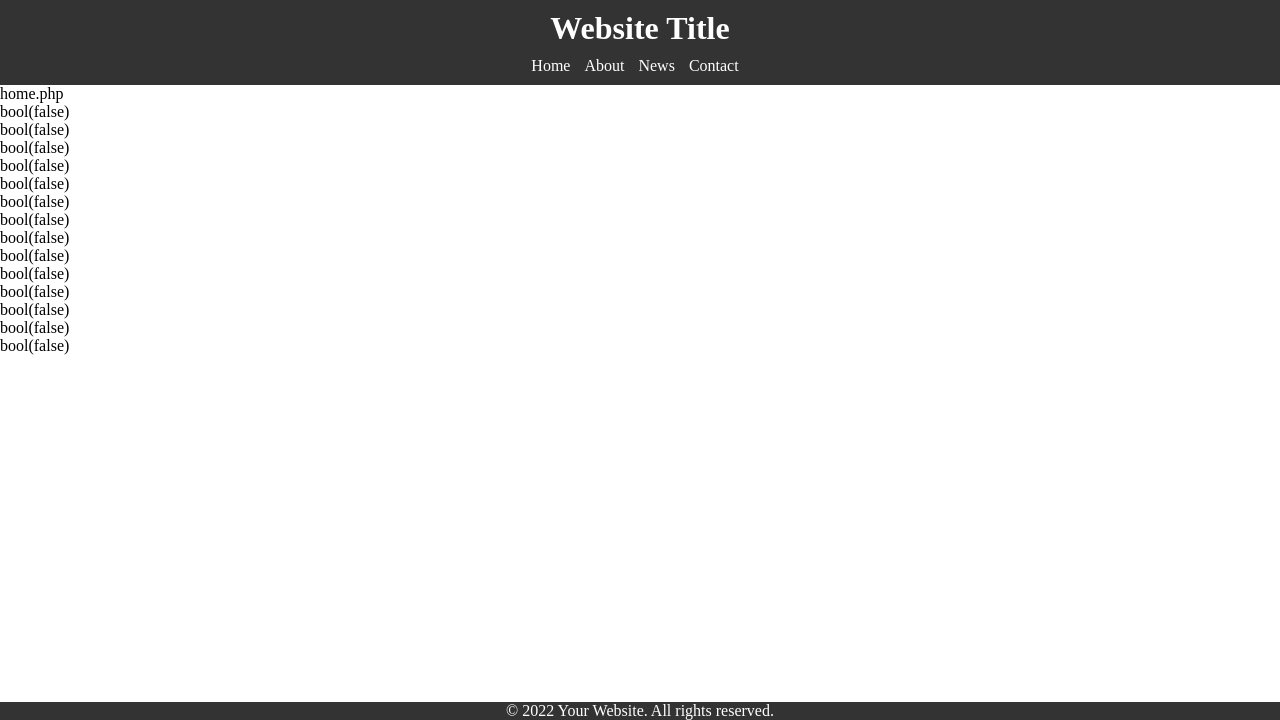
Repository: KHANHD192/Docker_lab
Page: http://localhost/?file=home.php
An editor plug-in stored every save of this project. The page is shown before and after the next save, followed by the edit.
The browser window is 1280 px wide. The pictures show the whole page.
The page is run by PHP 8.4 with error messages shown; the project is at /var/www/html/.

Above is the page before, as saved 2024-04-08 17:04:50.

### src/index.php
<!DOCTYPE html>
<html lang="en">
<head>
    <meta charset="UTF-8">
    <meta name="viewport" content="width=device-width, initial-scale=1.0">
    <title>Header</title>
    <!-- Định nghĩa CSS cho header -->
    <style>
        *{
            padding:0;
            margin:0;
        }


        header {
            background-color: #333;
            color: #fff;
            padding: 10px;
            text-align: center;
        }

        nav {
            text-align: center;
            margin-top: 10px;
        }

        nav ul {
            list-style-type: none;
            padding: 0;
            margin: 0;
        }

        nav ul li {
            display: inline;
            margin-right: 10px;
        }

        nav ul li a {
            color: #fff;
            text-decoration: none;
        }

        nav ul li a:hover {
            text-decoration: underline;
        }
        footer {
            background-color: #333;
            color: #fff;
            text-align: center;
            position: fixed;
            bottom: 0;
            width: 100%;
        }
    </style>
</head>
<body>
<header>
        <h1>Website Title</h1>
        <nav>
            <ul>
                <li><a href="?file=home.php">Home</a></li>
                <li><a href="?file=about.php">About</a></li>
                <li><a href="?file=news.php">News</a></li>
                <li><a href="?file=contact.php">Contact</a></li>
            </ul>
        </nav>
    </header>
    <content>
        <?php
        // check empty
        // print_r(($_GET));
        if(!empty($_GET["file"])){
            $black_list= array(
                "/etc/issue",
                "/etc/passwd",
                "/etc/shadow",
                "/etc/group",
                "/etc/hosts",
                "/etc/motd",
                "/proc/self/environ",
                "/proc/version",
                "/proc/cmdline",
                "/proc/sched_debug",
                "/proc/mounts",
                "/proc/net/arp",
                "/proc/net/route",
                "/proc/net/tcp"
            );
        $path =str_replace("../","",$_GET['file']);
        echo $path;
        foreach($black_list as $item){
             if(stripos($path,$item) >= 0 ){
                echo "</br>";
                var_dump(stripos($path,$item));
                //  echo "1";
             }
        }


        }else{
            include('include/home.php');
        }

        ?>
    </content>
    <footer>
     <p>&copy; 2022 Your Website. All rights reserved.</p>
    </footer>
</body>
</html>

After the next save:
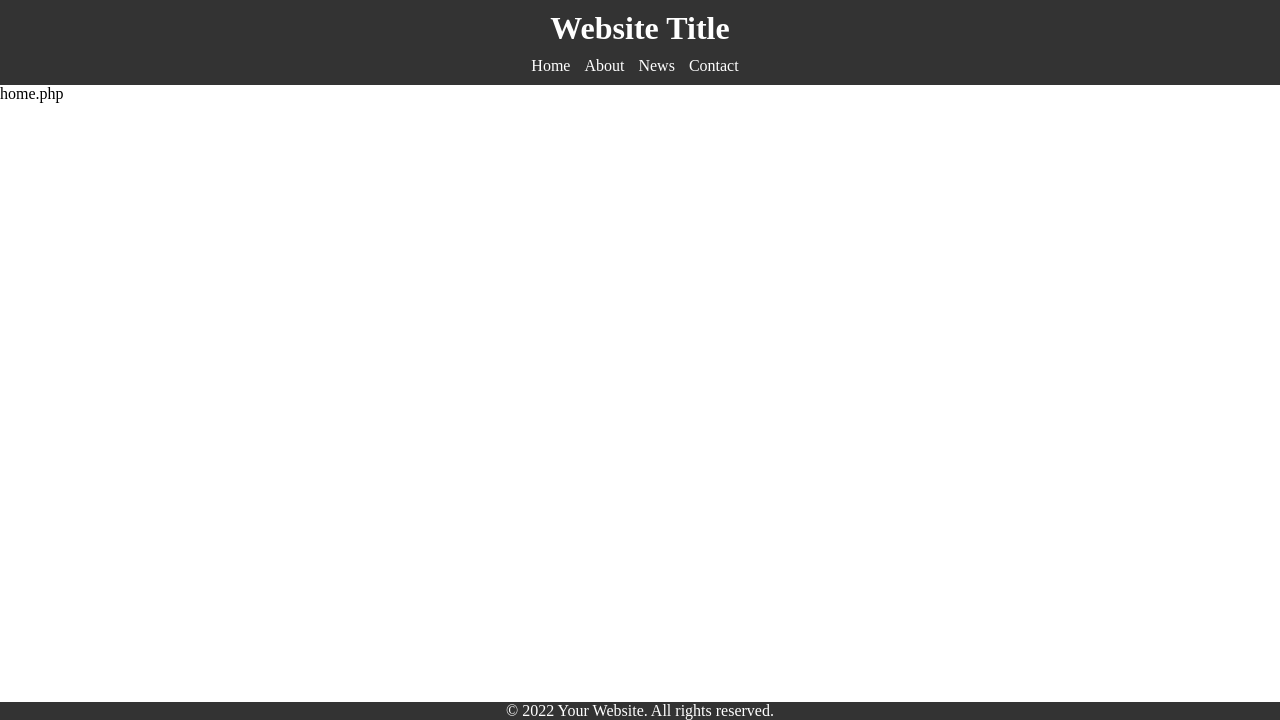
Saved 31 s later.
--- a/src/index.php
+++ b/src/index.php
@@ -89,7 +89,7 @@
         $path =str_replace("../","",$_GET['file']);
         echo $path;
         foreach($black_list as $item){
-             if(stripos($path,$item) >= 0 ){
+             if(stripos($path,$item) != FALSE ){
                 echo "</br>";
                 var_dump(stripos($path,$item));
                 //  echo "1";

After the save that followed:
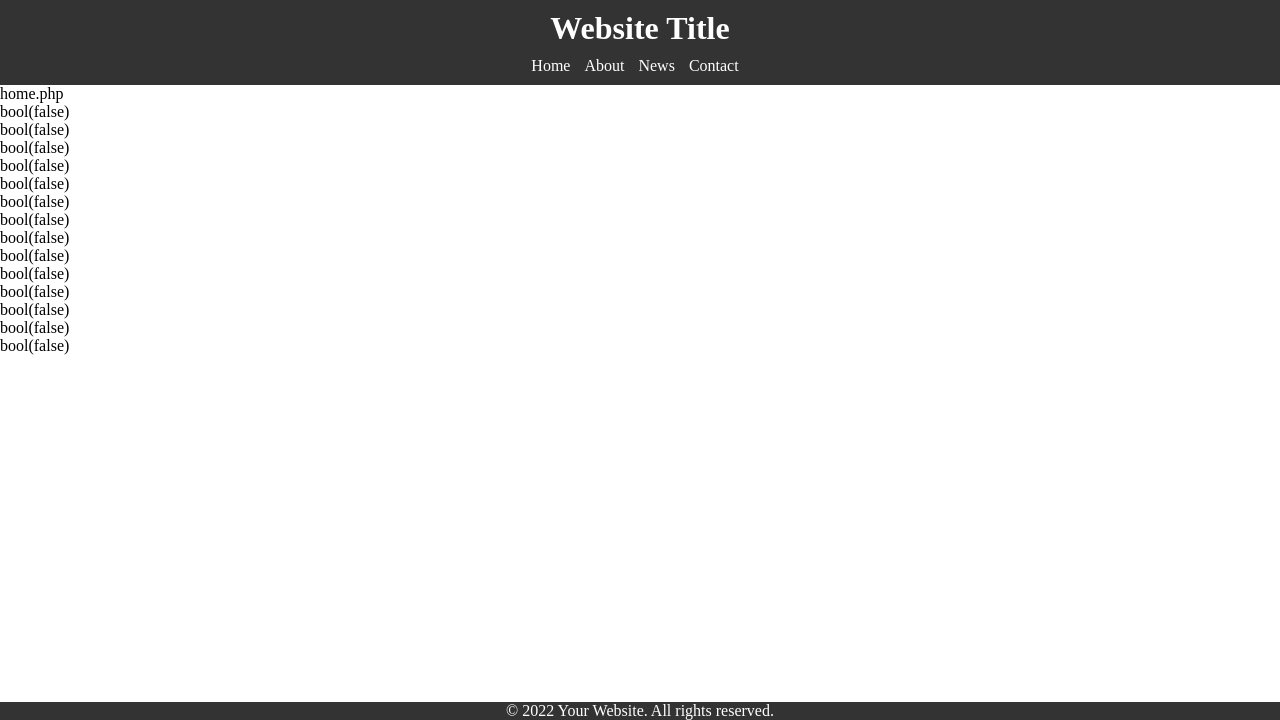
Saved 60 s later.
--- a/src/index.php
+++ b/src/index.php
@@ -89,7 +89,7 @@
         $path =str_replace("../","",$_GET['file']);
         echo $path;
         foreach($black_list as $item){
-             if(stripos($path,$item) != FALSE ){
+             if(stripos($path,$item) != FALSE  || stripos($path,$item) == 0){
                 echo "</br>";
                 var_dump(stripos($path,$item));
                 //  echo "1";
